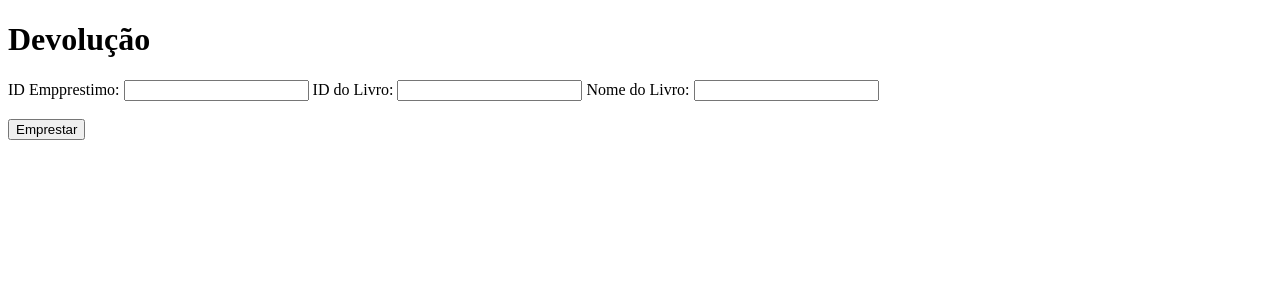
Repository: lmsmorais/ProjectEpiousion
Page: http://localhost/LibraryProject/jsp/devolucao.jsp
An editor plug-in stored every save of this project. The page is shown before and after the next save, followed by the edit.
The browser window is 1280 px wide. The pictures show the whole page.
The page is served by Tomcat 9.

Above is the page before, as saved 2020-11-12 17:31:30.

After the next save:
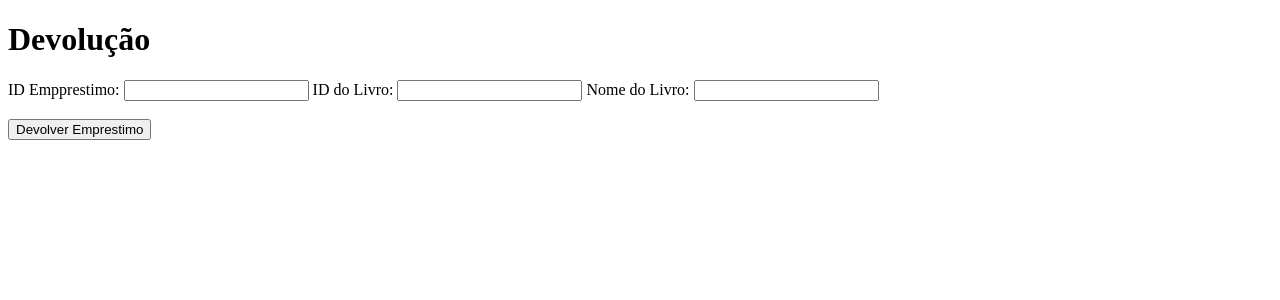
Saved 13 s later.
--- a/LibraryProject/WebContent/jsp/devolucao.jsp
+++ b/LibraryProject/WebContent/jsp/devolucao.jsp
@@ -14,7 +14,7 @@
 			Nome do Livro: <input type="text" name="idUsuario"/>
 			<br>
 			<br>
-			<input type="submit" value="Emprestar"/>
+			<input type="submit" value="Devolver Emprestimo"/>
 		</form>
 </body>
 </html>
